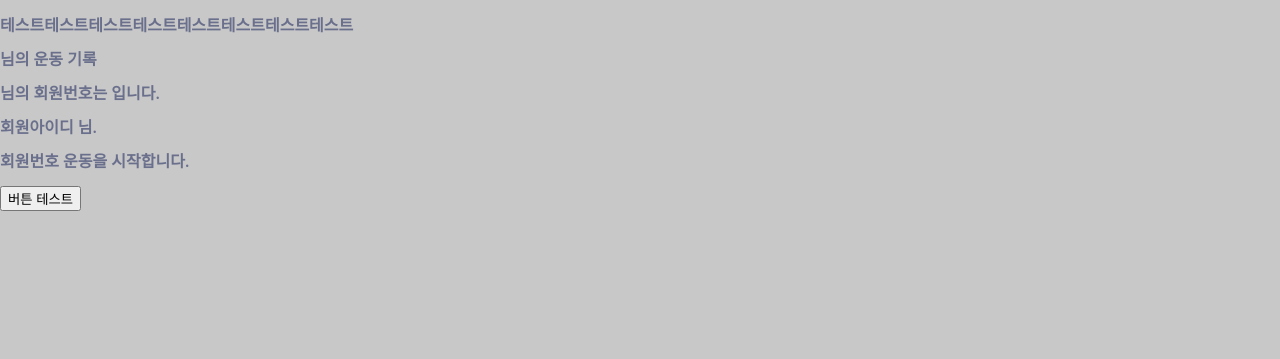
Repository: Up-Min/hrdkorea
Page: http://localhost/jsp_workout/main.jsp
An editor plug-in stored every save of this project. The page is shown before and after the next save, followed by the edit.
The browser window is 1280 px wide. The pictures show the whole page.
The page is served by Tomcat 9.

Above is the page before, as saved 2022-12-29 01:57:54.

After the next save:
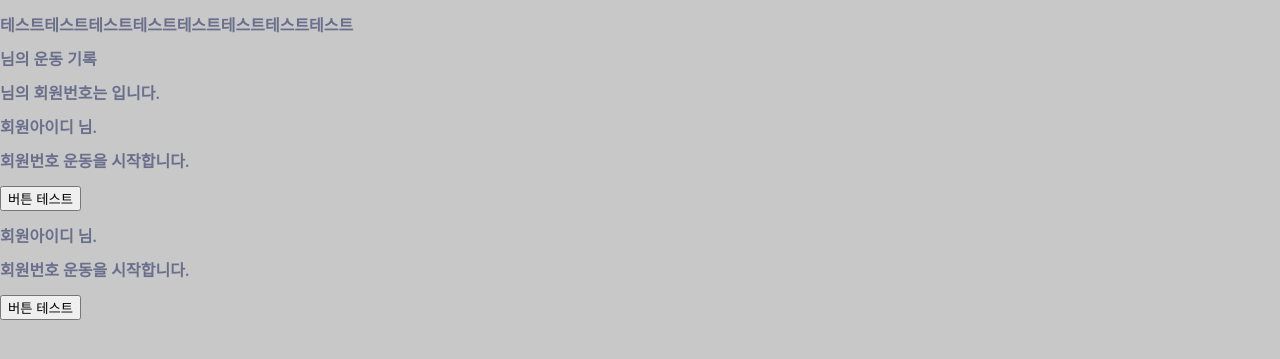
Saved 7 min 47 s later.
--- a/jsp_workout/src/main/webapp/main.jsp
+++ b/jsp_workout/src/main/webapp/main.jsp
@@ -22,6 +22,14 @@
 		<p> 회원번호 ${num} 운동을 시작합니다. </p>
 		<button onclick = "chk_form(); return false;"> 버튼 테스트 </button>
 	</form>
+
+		<form action="list" method="post">
+		<input type = "hidden" name = "id" value= "${id}">
+		<input type = "hidden" name = "num" value= "${num}">
+		<p> 회원아이디 ${id} 님.
+		<p> 회원번호 ${num} 운동을 시작합니다. </p>
+		<button onclick = "chk_form(); return false;"> 버튼 테스트 </button>
+	</form>
 <script type="text/javascript" src = "./script.js"></script>
 </body>
 </html>
